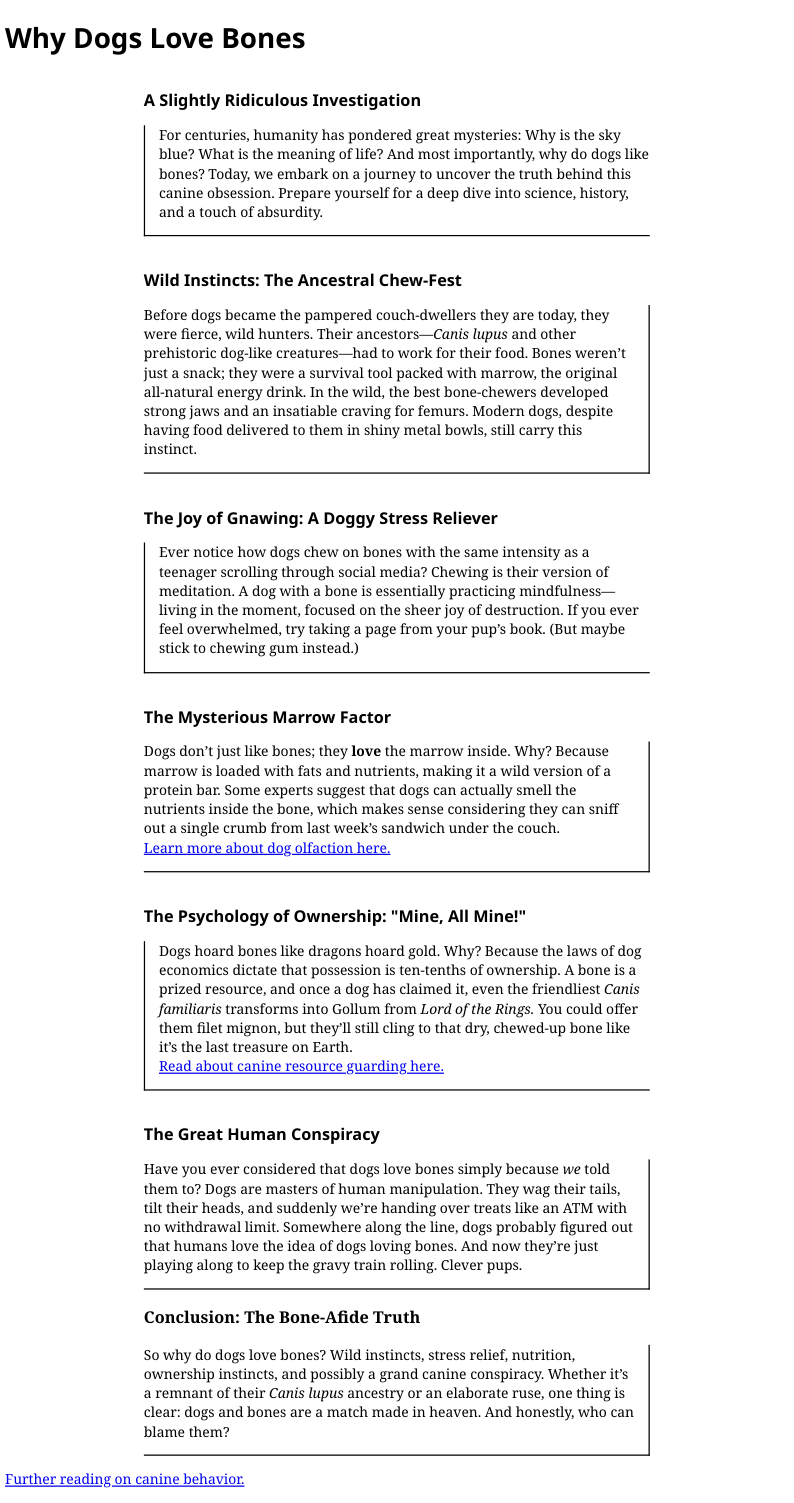
Repository: Leith-vdl/apprentice-challenge-1
Page: index.html
These files come from the project's save history. The page is drawn as it stood at one moment and after the next save; the edit follows.
The browser window is 1280 px wide. The pictures show the whole page, at 62% of full size.

Above is the page before, as saved 2025-01-31 15:41:06.

### index.html
<!DOCTYPE html>
<html lang="en">
<head>
    <meta charset="UTF-8">
    <meta name="viewport" content="width=device-width, initial-scale=1.0">
    <title>Why Dogs Love Bones</title>
    <link rel="stylesheet" href="styles/styles.css">
</head>
<body>
    <header class="page-header">
        <h1 class="page-header-title">
            Why Dogs Love Bones
        </h1>
    </header>
    <main>
        <section>
            <h3 class="section-title">A Slightly Ridiculous Investigation</h3>
            <p class="section-main-text1">
                For centuries, humanity has pondered great mysteries: Why is the sky blue? What is the
                meaning of life? And most importantly, why do dogs like bones? Today, we embark on a
                journey to uncover the truth behind this canine obsession. Prepare yourself for a deep dive into
                science, history, and a touch of absurdity.
            </p>
        </section>
        <section>
            <h3 class="section-title">Wild Instincts: The Ancestral Chew-Fest</h3>
            <p class="section-main-text">
                Before dogs became the pampered couch-dwellers they are today, they were fierce, wild
                hunters. Their ancestors—<i>Canis lupus</i> and other prehistoric dog-like creatures—had to work for
                their food. Bones weren’t just a snack; they were a survival tool packed with marrow, the
                original all-natural energy drink. In the wild, the best bone-chewers developed strong jaws
                and an insatiable craving for femurs. Modern dogs, despite having food delivered to them in
                shiny metal bowls, still carry this instinct.
            </p>
        </section>
        <section>
            <h3 class="section-title">The Joy of Gnawing: A Doggy Stress Reliever</h3>
            <p class="section-main-text1">
                Ever notice how dogs chew on bones with the same intensity as a teenager scrolling through
                social media? Chewing is their version of meditation. A dog with a bone is essentially practicing
                mindfulness—living in the moment, focused on the sheer joy of destruction. If you ever feel
                overwhelmed, try taking a page from your pup’s book. (But maybe stick to chewing gum
                instead.)
            </p>
        </section>
        <section>
            <h3 class="section-title">The Mysterious Marrow Factor</h3>
            <p class="section-main-text">
                Dogs don’t just like bones; they <b>love</b> the marrow inside. Why? Because marrow is loaded with
                fats and nutrients, making it a wild version of a protein bar. Some experts suggest that dogs
                can actually smell the nutrients inside the bone, which makes sense considering they can sniff
                out a single crumb from last week’s sandwich under the couch.<br>
                <a href="https://vcahospitals.com/know-your-pet/how-dogs-use-smell-to-perceive-the-world" target="_blank">Learn more about dog olfaction here.</a>
            </p>
        </section>
        <section>
            <h3 class="section-title">The Psychology of Ownership: "Mine, All Mine!"</h3>
            <p class="section-main-text1">
                Dogs hoard bones like dragons hoard gold. Why? Because the laws of dog economics dictate
                that possession is ten-tenths of ownership. A bone is a prized resource, and once a dog has
                claimed it, even the friendliest <i>Canis familiaris</i> transforms into Gollum from <i>Lord of the Rings.</i>
                You could offer them filet mignon, but they’ll still cling to that dry, chewed-up bone like it’s the
                last treasure on Earth.<br>
                <a href="https://www.battersea.org.uk/pet-advice/dog-advice/dealing-resource-guarding?gad_source=1&gclid=Cj0KCQiAhvK8BhDfARIsABsPy4h3CRlVVPVANZfAc-HngzDTwKg5KUgeNuAmZD8EIJDuwS7ktlBpRYQaAjNyEALw_wcB" target="_blank">Read about canine resource guarding here.</a>
            </p>
        </section>
        <section>
            <h3 class="section-title">The Great Human Conspiracy</h3>
            <p class="section-main-text">
                Have you ever considered that dogs love bones simply because <i>we</i> told them to? Dogs are
                masters of human manipulation. They wag their tails, tilt their heads, and suddenly we’re
                handing over treats like an ATM with no withdrawal limit. Somewhere along the line, dogs
                probably figured out that humans love the idea of dogs loving bones. And now they’re just
                playing along to keep the gravy train rolling. Clever pups.
            </p>
        </section>
        <section>
            <h3 class="section-title1">Conclusion: The Bone-Afide Truth</h3>
            <p class="section-main-text">
                So why do dogs love bones? Wild instincts, stress relief, nutrition, ownership instincts, and
                possibly a grand canine conspiracy. Whether it’s a remnant of their <i>Canis lupus</i> ancestry or an
                elaborate ruse, one thing is clear: dogs and bones are a match made in heaven. And honestly,
                who can blame them?
            </p>
        </section>
    </main>
    <footer class="page-footer">
        <p>
            <a href="https://en.wikipedia.org/wiki/Dog_behavior" target="_blank">Further reading on canine behavior.</a>
        </p>
    </footer>
</body>
</html>

### styles/styles.css
body {
    font-size: 1.4em;
    font-family: Georgia, 'Times New Roman', Times, serif
}

main {
    margin: 0 10em;
}

header.page-header footer.page-footer {
    margin: 0 0 0 2em;
}

h1.page-header-title, h3.section-title {
    font-family: 'Segoe UI', Tahoma, Geneva, Verdana, sans-serif;
    margin-bottom: 0.2em;
}

h3.section-title {
    margin-top: 2em;
}

p.section-main-text1 {
    padding: 0 0 1em 1em;
    border-bottom: 2px solid black;
    border-left: 2px solid black;
}

p.section-main-text {
    padding: 0 1em 1em 0;
    border-bottom: 2px solid black;
    border-right: 2px solid black;
}

After the next save:
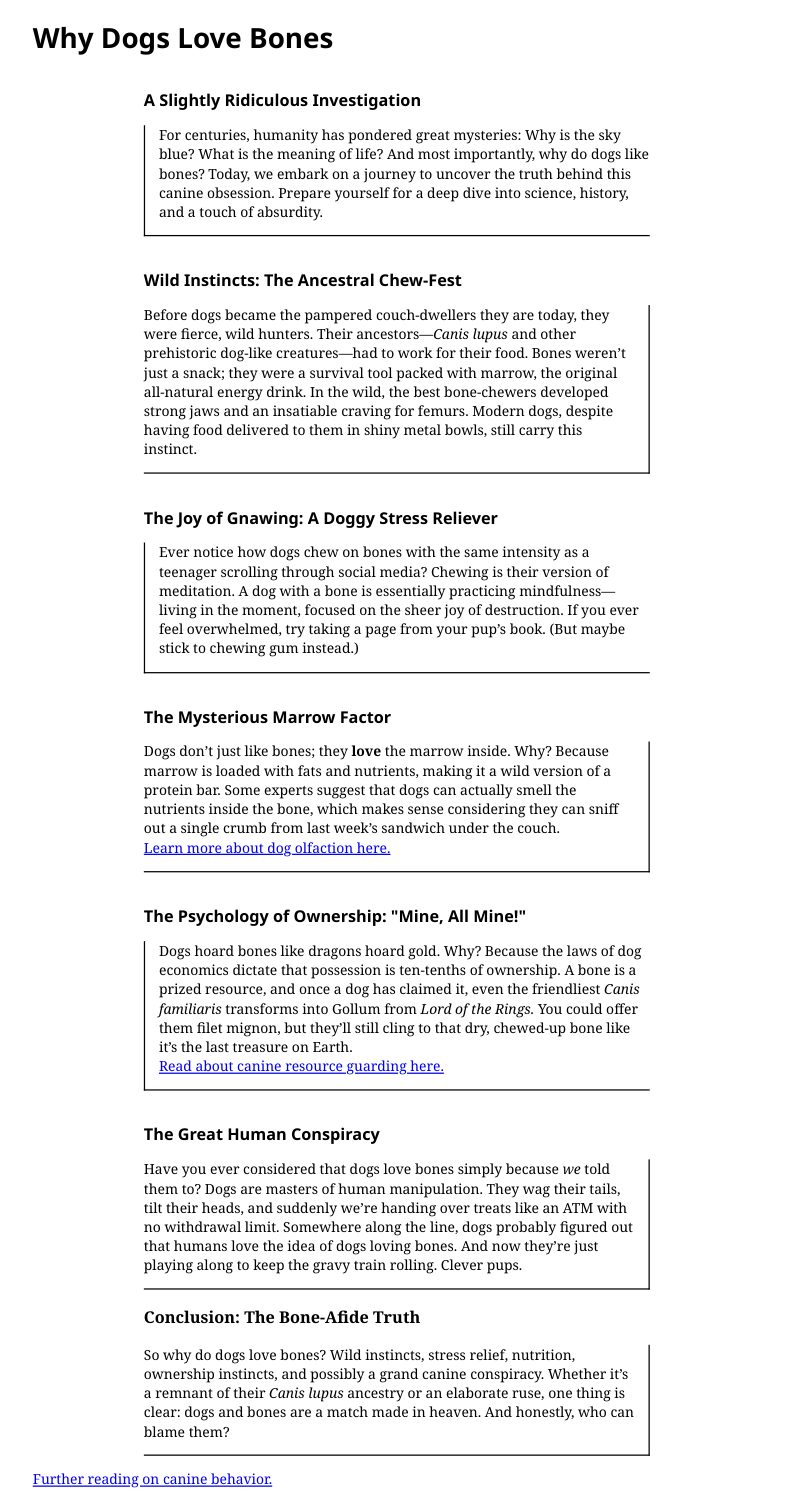
Saved 20 s later.
--- a/styles/styles.css
+++ b/styles/styles.css
@@ -7,7 +7,7 @@ main {
     margin: 0 10em;
 }
 
-header.page-header footer.page-footer {
+header.page-header, footer.page-footer {
     margin: 0 0 0 2em;
 }
 
